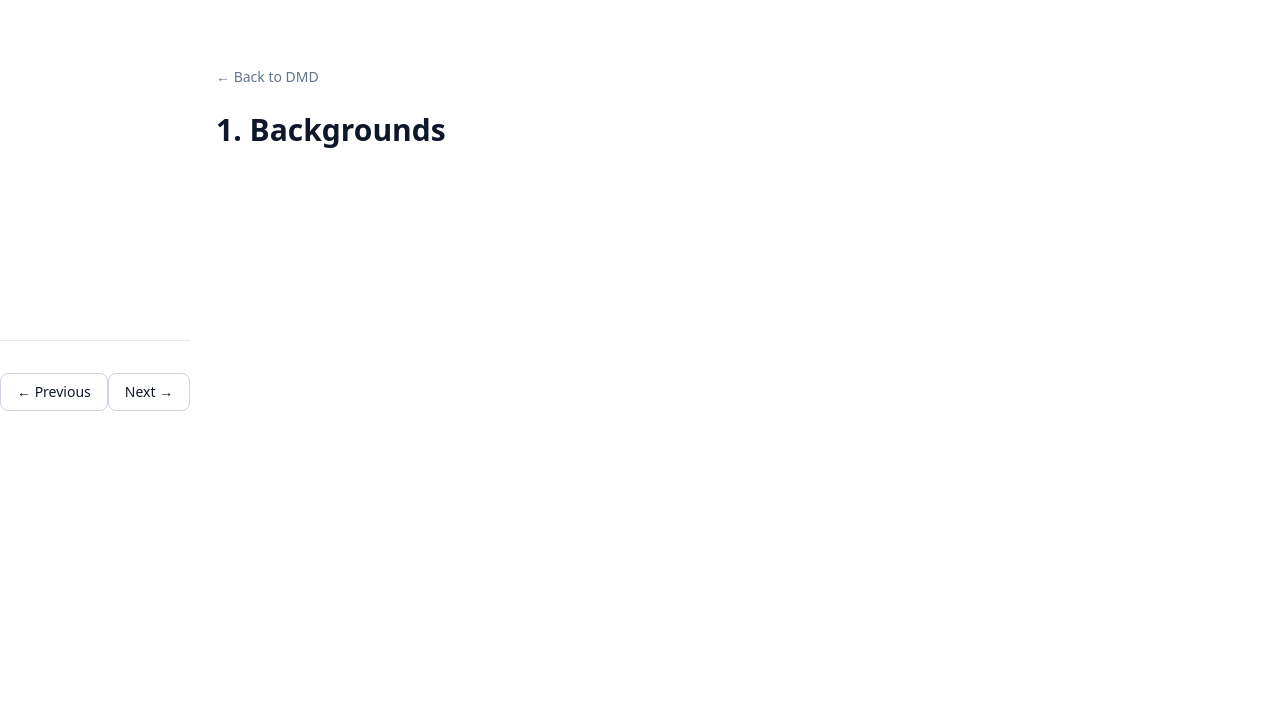
Repository: JWS625/JWS625.github.io
Page: notes/modal_analysis/01_background.html
An editor plug-in stored every save of this project. The page is shown before and after the next save, followed by the edit.
The browser window is 1280 px wide. The pictures show the whole page.
Some web libraries are served in a nearby version.

Above is the page before, as saved 2026-02-20 18:28:00.

### notes/modal_analysis/01_background.html
<!doctype html>
<html>
<head>
<meta charset="utf-8">
<title>Backgrounds of Modal Analysis | Research Notes</title>
<script src="https://cdn.tailwindcss.com"></script>

<script>
window.MathJax = {
  tex: { inlineMath: [['$', '$'], ['\\(', '\\)']] }
};
</script>
<script src="https://cdn.jsdelivr.net/npm/mathjax@3/es5/tex-mml-chtml.js"></script>
</head>

<body class="bg-white text-slate-900">
<div class="max-w-4xl mx-auto px-6 py-16">

<a href="index.html" class="text-sm text-slate-500 hover:text-black">
← Back to DMD
</a>

<h1 class="text-3xl font-semibold mt-6">
1. Backgrounds
</h1>



</div>
<div class="mt-16 flex justify-between items-center text-sm">

  <div class="mt-16 pt-8 border-t border-slate-200">
  <div class="flex justify-between items-center max-w-2xl mx-auto text-sm">
    <a href="02_modal_analysis.html"
       class="px-4 py-2 rounded-lg border border-slate-300 hover:bg-slate-50">
       ← Previous
    </a>

    <a href="04_kdmd.html"
       class="px-4 py-2 rounded-lg border border-slate-300 hover:bg-slate-50">
       Next →
    </a>
  </div>
</div>
</div>
</body>
</html>

After the next save:
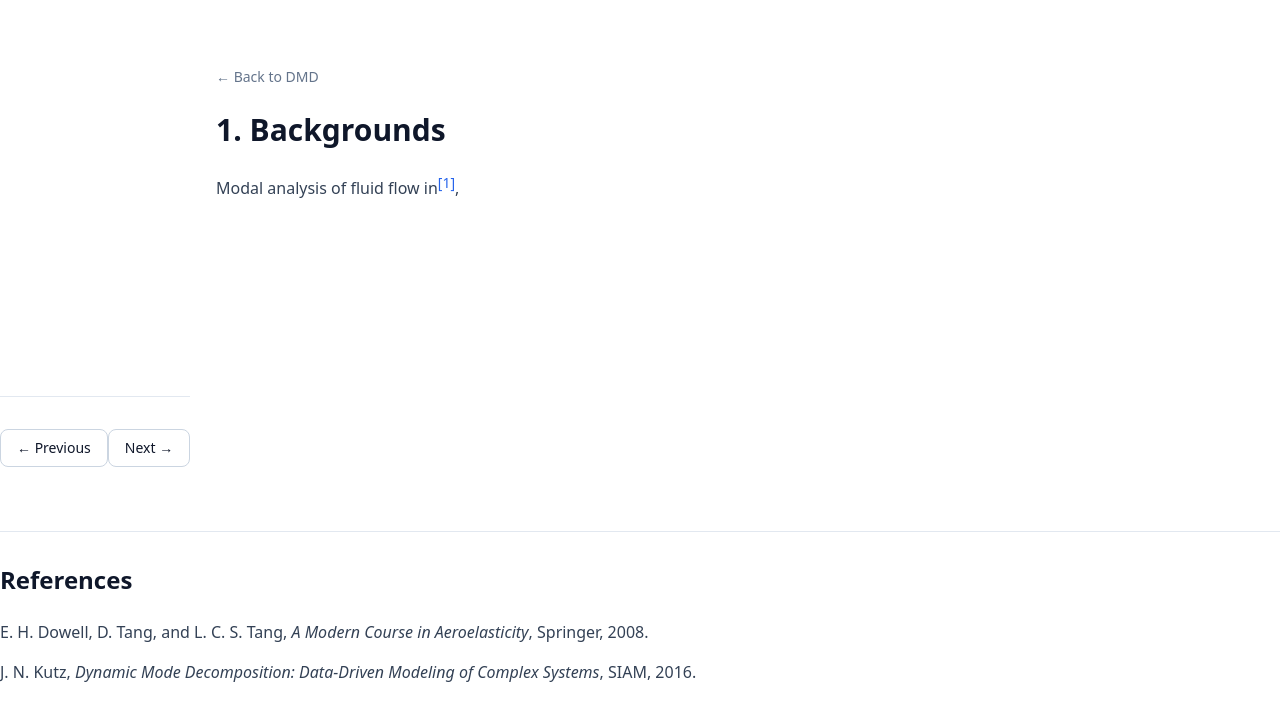
Saved 3 min 44 s later.
--- a/notes/modal_analysis/01_background.html
+++ b/notes/modal_analysis/01_background.html
@@ -24,9 +24,11 @@ window.MathJax = {
 1. Backgrounds
 </h1>
 
+<p class="mt-6 leading-8 text-slate-700">
+  Modal analysis of fluid flow  in<a href="#ref-tu2008" class="text-blue-600 align-super text-sm">[1]</a>,
+</p>
+</div>
 
-
-</div>
 <div class="mt-16 flex justify-between items-center text-sm">
 
   <div class="mt-16 pt-8 border-t border-slate-200">
@@ -41,7 +43,26 @@ window.MathJax = {
        Next →
     </a>
   </div>
+  </div>
 </div>
-</div>
+
+<section class="mt-16 pt-8 border-t border-slate-200">
+  <h2 class="text-2xl font-semibold">References</h2>
+
+  <ol class="mt-6 space-y-4 text-slate-700">
+    <li id="ref-tu2008">
+      E. H. Dowell, D. Tang, and L. C. S. Tang,
+      <em>A Modern Course in Aeroelasticity</em>,
+      Springer, 2008.
+    </li>
+
+    <li id="ref-kutz2016">
+      J. N. Kutz,
+      <em>Dynamic Mode Decomposition: Data-Driven Modeling of Complex Systems</em>,
+      SIAM, 2016.
+    </li>
+  </ol>
+</section>
 </body>
+
 </html>
